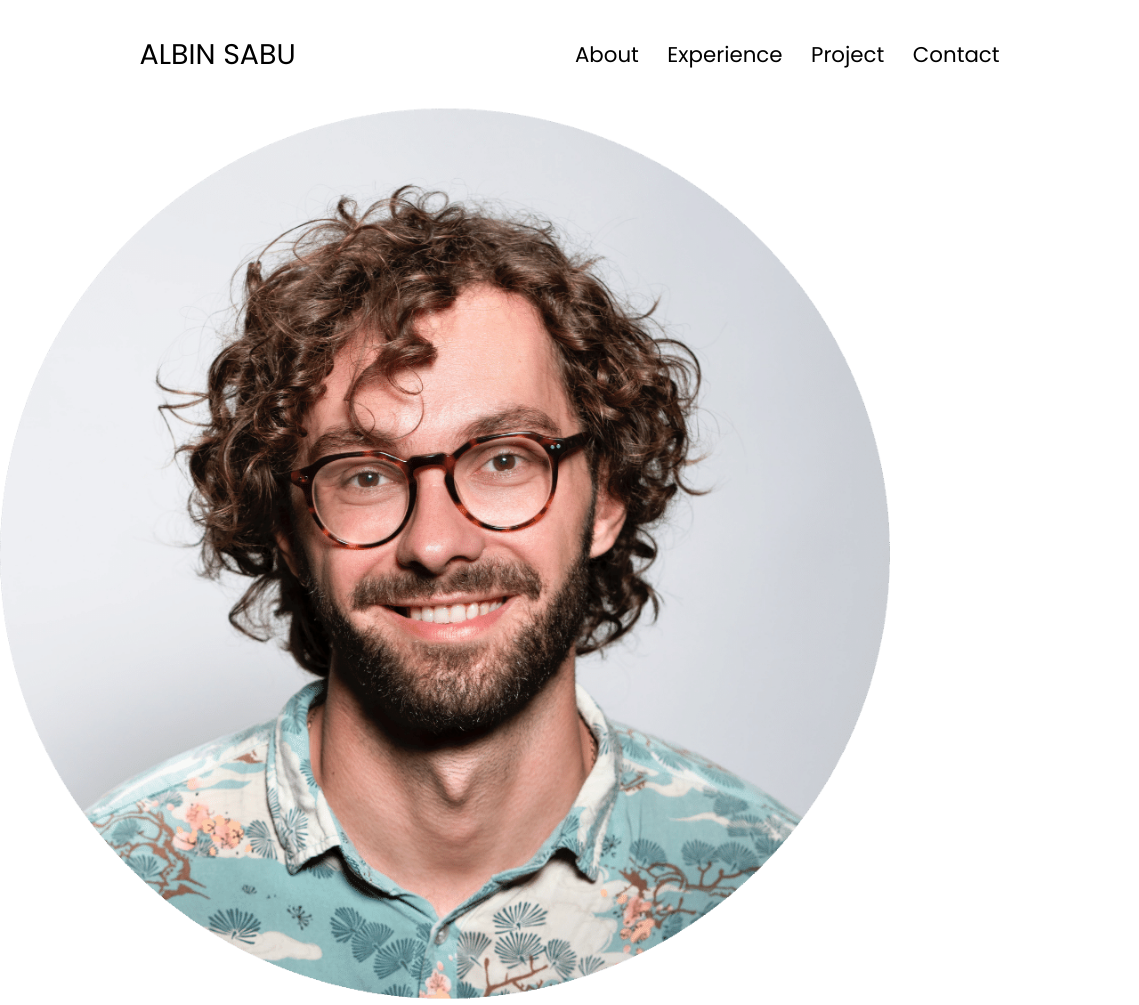
Repository: albinsabu2023/albinsabu
Page: index.html
An editor plug-in stored every save of this project. The page is shown before and after the next save, followed by the edit.
The browser window is 1280 px wide. The pictures show the whole page, at 89% of full size.

Above is the page before, as saved 2023-08-29 11:31:22.

After the next save:
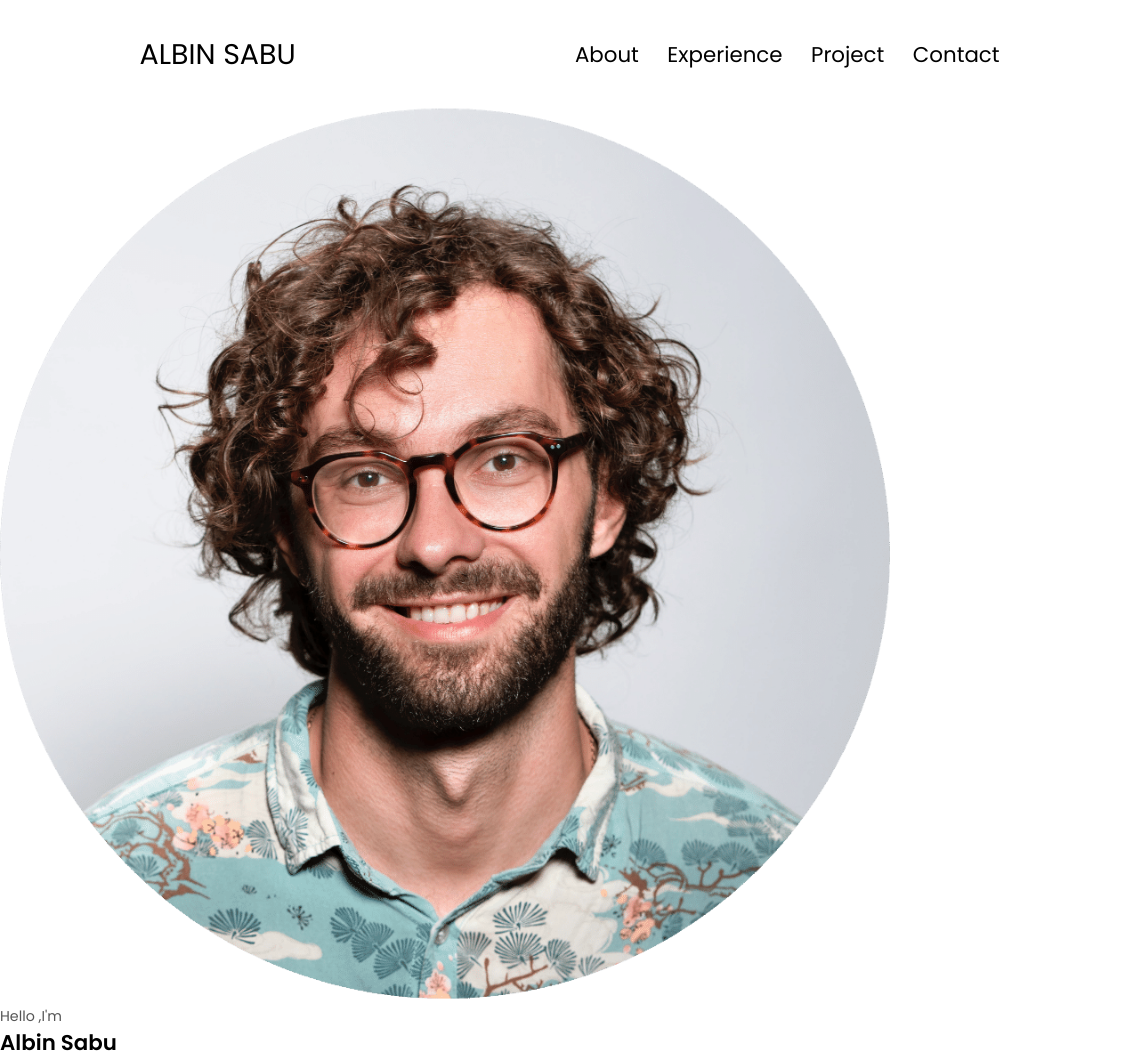
Saved 68 s later.
--- a/index.html
+++ b/index.html
@@ -41,6 +41,11 @@
         <div class="section__pic-container">
             <img src="./assets/profile-pic.png" alt="profile-pic">
         </div>
+        <div class="section__text">
+            <p class="section__text__p1">Hello ,I'm</p>
+            <h1 class="title">Albin Sabu</h1>
+            <p class=""></p>
+        </div>
     </section>
     <script src="script.js"></script>
 </body>
